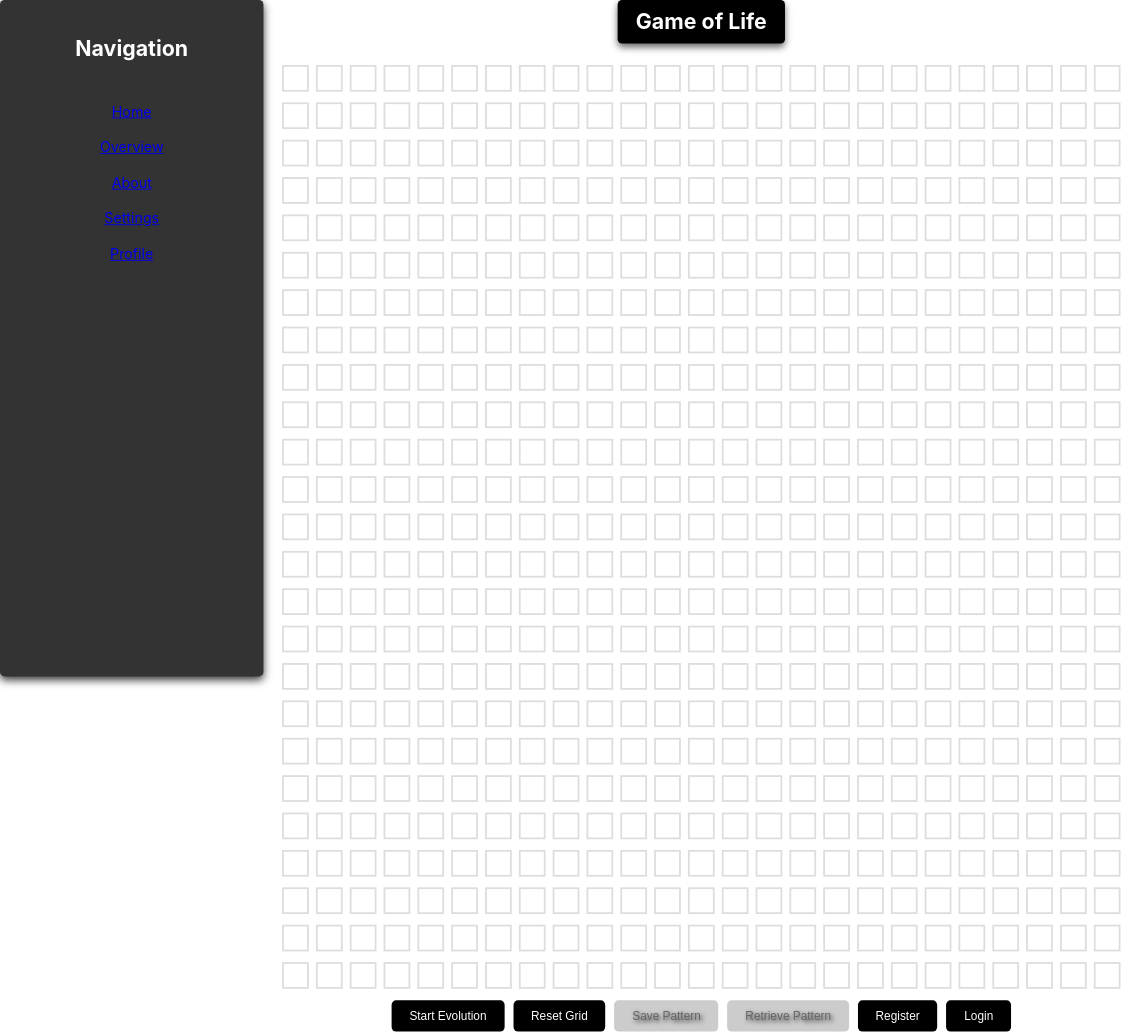
Repository: MarioDiekmann/GameOfLife
Page: /
The author's editor kept a copy of each file at every save. The page is drawn from the files as they stood at one save, then again after the next save.
The browser window is 1280 px wide. The pictures show the whole page, at 89% of full size.
The project was rebuilt for these pictures with package versions that can differ from the ones it lists, and the page was loaded fresh each time. Also part of the build but not shown: src/components/InputForm.js, src/components/LoadPatternForm.js, src/components/RegistrationForm.js, src/components/LoginForm.js, src/pages/Overview.js.

Above is the page before, as saved 2024-11-05 16:06:55.

### src/App.js
import React from 'react';
import { BrowserRouter as Router, Route, Routes } from 'react-router-dom';
import Game from './components/Game';
import Overview from './pages/Overview';
import './App.css';
import {AuthProvider} from './AuthContext';


function App() {
  return (
    <AuthProvider>
    <Router>
      <div className="App">
        <Routes>
          <Route path="/" element={<Game/>} />
          <Route path="/Overview" element={<Overview/>} />
        </Routes>
      </div>
    </Router>
    </AuthProvider>
  );
}

export default App;

### src/components/Game.js
import React, { useState, useEffect, useCallback, useRef, useContext } from "react";
import Cell from "./Cell";
import axios from "axios";
import InputForm from "./InputForm";
import './Game.css';
import NavBar from "./NavBar";
import LoadPatternForm from "./LoadPatternForm";
import RegistrationForm from "./RegistrationForm";
import LoginForm from "./LoginForm";
import { AuthContext } from '../AuthContext';

const Game = () => {
    const startingsize = 25;
    const [size, setSize] = useState(startingsize);
    const [epochs, setEpochs] = useState(0);
    const [isEvolving, setIsEvolving] = useState(false);
    const [initialPattern, setInitialPattern] = useState([]);
    const [numResizes, setNumResizes] = useState(0);

    const [isFormVisible, setIsFormVisible] = useState(false); // State to control form visibility
    const [patternRequested, setPatternRequested] = useState(false);
    const [registrationRequested, setRegistrationRequested] = useState(false);
    const [loginRequested, setLoginRequested] = useState(false);
    const initGrid = () => Array.from({ length: size }, () => Array(size).fill(false));
    const [grid, setGrid] = useState(initGrid());
    const [tokenPresent, setTokenPresent] = useState(false);

    const previousGridRef = useRef(grid); // Reference to hold the previous grid

    const { isTokenExpired, handleLogout, token } = useContext(AuthContext);

    useEffect(() => {
        if (isTokenExpired || !token) {
            setTokenPresent(false);
            if (isTokenExpired) {
                alert("Your session has expired. Please log in again.");
                handleLogout();
            }
        } else {
            setTokenPresent(true);
        }
    }, [isTokenExpired, token, handleLogout]);

    const toggleCellState = (row, col) => {
        setGrid(prevGrid => {
            const newGrid = prevGrid.map((r, i) =>
                r.map((cell, j) => (i === row && j === col ? !cell : cell))
            );
            return newGrid;
        });
    };

    const resetGrid = () => {
        setIsEvolving(false);
        setEpochs(0);
        setSize(prevSize => {
            const newGrid = Array.from({ length: startingsize }, () => Array(startingsize).fill(false));
            setGrid(newGrid);
            setInitialPattern(newGrid);
            return startingsize;
        });
    };

    const renderGrid = () => {
        return grid.map((row, rowIndex) => (
            <div key={rowIndex} className="row">
                {row.map((cell, colIndex) => (
                    <Cell
                        key={`${rowIndex}-${colIndex}`}
                        isAlive={cell}
                        onClick={() => toggleCellState(rowIndex, colIndex)}
                        numResizes = {numResizes}
                    />
                ))}
            </div>
        ));
    };

    const countNeighboursAlive = useCallback((row, col) => {
        let count = 0;
        for (let i = row - 1; i <= row + 1; i++) {
            for (let j = col - 1; j <= col + 1; j++) {
                if ((i >= 0 && i < size) && (j >= 0 && j < size) && !(i === row && j === col)) {
                    count += grid[i][j] ? 1 : 0;
                }
            }
        }
        return count;
    }, [grid, size]);

    const updateGrid = useCallback(() => {
        let newGrid = grid.map((row, rowIndex) =>
            row.map((cell, colIndex) => {
                const gridCount = countNeighboursAlive(rowIndex, colIndex);
                return cell ? gridCount === 2 || gridCount === 3 : gridCount === 3;
            })
        );
        setGrid(newGrid);
        return newGrid;
    }, [countNeighboursAlive, grid]);

    const saveInitialPattern = () => {                                          //CAN I MAKE IT SAVE WITHOUT STARTING EVOLUTION
        const deepCopy = grid.map(row => row.slice());
        setInitialPattern(deepCopy); // Save current grid as the initial pattern
    };

    const checkEdges = useCallback(() => {
        const indicesAlive = [];
        // Check upper, right, lower, and left edges
        for (let col = 0; col < size - 2; col++) {
            if (grid[0][col] && grid[0][col + 1] && grid[0][col + 2]) {
                indicesAlive.push([0, col + 1]);
                indicesAlive.push([-1, col + 1]);
            }
        }
        for (let row = 0; row < size - 2; row++) {
            if (grid[row][size - 1] && grid[row + 1][size - 1] && grid[row + 2][size - 1]) {
                indicesAlive.push([row + 1, size - 1]);
                indicesAlive.push([row + 1, size]);
            }
        }
        for (let col = size - 1; col > 1; col--) {
            if (grid[size - 1][col] && grid[size - 1][col - 1] && grid[size - 1][col - 2]) {
                indicesAlive.push([size - 1, col - 1]);
                indicesAlive.push([size, col - 1]);
            }
        }
        for (let row = size - 1; row > 1; row--) {
            if (grid[row][0] && grid[row - 1][0] && grid[row - 2][0]) {
                indicesAlive.push([row - 1, 0]);
                indicesAlive.push([row - 1, -1]);
            }
        }
        return indicesAlive;
    }, [grid, size]);

    const expandGrid = useCallback((indicesAlive) => {
        setGrid(prevGrid => {
            const newSize = 2 * size; // Double the size
            setNumResizes(prev => prev + 1);
            const newGrid = Array.from({ length: newSize }, () => Array(newSize).fill(false));

            // Calculate the offset to center the old grid in the new one
            const rowOffset = Math.floor((newSize - size) / 2);
            const colOffset = Math.floor((newSize - size) / 2);

            // Copy the existing grid to the center of the new grid
            for (let row = 0; row < size; row++) {
                for (let col = 0; col < size; col++) {
                    if (prevGrid[row][col]) {
                        newGrid[row + rowOffset][col + colOffset] = true; // Copy with offsets
                    }
                }
            }

            // Handle indicesAlive and place the alive cells correctly
            for (const [row, col] of indicesAlive) {
                let newRow = row;
                let newCol = col;

                // Adjust row and col if they are outside the original grid
                if (row === -1) newRow = rowOffset - 1;
                if (col === -1) newCol = colOffset - 1;

                newRow += rowOffset;
                newCol += colOffset;

                // Make sure the calculated newRow and newCol are within bounds
                if (newRow >= 0 && newRow < newSize && newCol >= 0 && newCol < newSize) {
                    newGrid[newRow][newCol] = true;  // Mark the cell as alive in the new grid
                }
            }

            setSize(newSize);  // Update size to the new expanded size
            return newGrid;
        });
    }, [size]);

    const runEpoch = useCallback(() => {
        const prevGrid = previousGridRef.current;
        const newGrid = updateGrid();

        const gridsAreEqual = prevGrid.every((row, i) =>
            row.every((cell, j) => cell === newGrid[i][j])
        );

        if (gridsAreEqual) {
            setIsEvolving(false);
            alert("You reached a stillstand");
            return true;
        }

        const indicesAlive = checkEdges(); // Check if we need to expand the grid
        if (indicesAlive.length !== 0) {
            expandGrid(indicesAlive);
        }

        setEpochs(prevEpochs => prevEpochs + 1);
        previousGridRef.current = newGrid;
        return false;
    }, [checkEdges, expandGrid, updateGrid]);

    useEffect(() => {
        if (!isEvolving) return;

        const maxEpochs = 1000;
        let updatedEpochs = 0;

        const interval = setInterval(() => {
            if (updatedEpochs < maxEpochs) {
                const stillstand = runEpoch();
                if (stillstand) {
                    clearInterval(interval);
                }
                updatedEpochs++;
            } else {
                setIsEvolving(false);
                clearInterval(interval);
            }
        }, 2000);

        return () => clearInterval(interval);
    }, [isEvolving, runEpoch]);

    const startEvolution = () => {
        previousGridRef.current = grid;
        saveInitialPattern();
        setIsEvolving(!isEvolving);

    };

    const stopEvolution = () => {
        previousGridRef.current = grid;
        setIsEvolving(!isEvolving);
    };

    const retrievePattern = (pattern)=>{
        initGrid();
        setGrid(pattern);
        setInitialPattern(pattern);
        setEpochs(0);
        setIsEvolving(false);
        setPatternRequested(false);
    }

    const closeForm = () => {
        setIsFormVisible(false); // Close the save pattern form
        setPatternRequested(false); // Close the retrieve pattern form
        setRegistrationRequested(false); // Close the registration form
        setLoginRequested(false); // Close the login form
    };

    const closeLogin = () => {
        setLoginRequested(false); // Close the login form
        window.location.reload();
    };

    const makeFormVisible = () => {
        saveInitialPattern();                                       //now does it work wiout start evolution???
        setIsFormVisible(true); // Show the form to save pattern
    };

    const makeRequestVisible = () => {
        setPatternRequested(true); // Show the form to retrieve pattern
    };

    const makeRegistrationVisible = () => {
        setRegistrationRequested(true); // Show the form to register
    };

    const makeLoginVisible = () => {
        if(token){
            handleLogout();
        }
        else{
        setLoginRequested(true)}; // Show the form to log in

    };

    return (
        <div style={{ display: 'flex', height: '100vh' }}>
            <NavBar />
            <div style={{ flexGrow: 1, display: 'flex', flexDirection: 'column', alignItems: 'center' }}>
                <div className="banner">
                    <h1>Game of Life</h1>
                </div>
                <br />
                {renderGrid()}
                <div className="button-container">
    <button className="button" onClick={isEvolving ? stopEvolution : startEvolution}>
        {isEvolving ? "Stop Evolution" : "Start Evolution"}
    </button>
    <button className="button reset-btn" onClick={resetGrid}>Reset Grid</button>
    {/*<div>EPOCHS: {epochs}</div>*/}
    <button className="button" onClick={makeFormVisible} disabled={!tokenPresent}>Save Pattern</button>
    <button className="button" onClick={makeRequestVisible} disabled={!tokenPresent}> Retrieve Pattern</button>
    <button className="button" onClick={makeRegistrationVisible}>Register</button>
    <button className="button" onClick={makeLoginVisible}>{token ? "Logout" : "Login"}</button>
</div>


                {/* Show the form conditionally */}
                {isFormVisible && (
                    <div className="popup-overlay">
                        <div className="popup-content">
                            <InputForm pattern={initialPattern} onSubmit={closeForm} />
                        </div>
                    </div>
                )}
                {patternRequested && (
                    <div className="popup-overlay">
                        <div className="popup-content">
                            <LoadPatternForm onSubmit={closeForm} dataHandling={retrievePattern}  />
                        </div>
                    </div>
                )}
                {registrationRequested && (
                    <div className="popup-overlay">
                        <div className="popup-content">
                            <RegistrationForm onSubmit={closeForm} />
                        </div>
                    </div>
                )}
                {loginRequested && (
                    <div className="popup-overlay">
                        <div className="popup-content">
                            <LoginForm onSubmit={closeLogin} />
                        </div>
                    </div>
                )}
            </div>
        </div>
    );
};

export default Game;

### src/AuthContext.js
import React, { createContext, useState, useEffect, useRef, useCallback } from 'react';

export const AuthContext = createContext();

export const AuthProvider = ({ children }) => {
    const [token, setToken] = useState(localStorage.getItem('authToken'));
    const tokenRef = useRef(token);
    const expirationCheckInterval = useRef(null);

    const isTokenExpired = (token) => {
        if (!token) return true;
        try {
            const { exp } = JSON.parse(atob(token.split('.')[1]));
            return Date.now() >= exp * 1000;
        } catch (error) {
            console.error('Error checking token expiration:', error);
            return true;
        }
    };

    const handleLogout = useCallback(() => {
        console.log('Logging out, clearing token');
        localStorage.removeItem('authToken');
        setToken(null);
        tokenRef.current = null;
        clearInterval(expirationCheckInterval.current);
    }, []);

    const handleExpirationAlert = useCallback(() => {
        console.log('Session expired, alerting user');
        alert('Your session has expired. Please log in again.');
        handleLogout();
    }, [handleLogout]);

    const handleLogin = (newToken) => {
        console.log('Logging in with new token:', newToken);
        localStorage.setItem('authToken', newToken);
        setToken(newToken);
        tokenRef.current = newToken;

        // Check for expiration immediately
        if (isTokenExpired(newToken)) {
            handleExpirationAlert();
        } else {
            startExpirationCheck();
        }
    };

    const startExpirationCheck = useCallback(() => {
        console.log('Starting expiration check interval');
        clearInterval(expirationCheckInterval.current);
        expirationCheckInterval.current = setInterval(() => {
            console.log('Interval tick, checking token expiration');
            if (isTokenExpired(tokenRef.current)) {
                handleExpirationAlert();
            }
        }, 1000);
    }, [handleExpirationAlert]);

    useEffect(() => {
        console.log('useEffect triggered: token is', token);
        tokenRef.current = token;

        if (token) {
            console.log('Token is set, starting expiration check');
            startExpirationCheck();
        } else {
            console.log('No token, clearing interval');
            clearInterval(expirationCheckInterval.current);
        }

        return () => {
            console.log('Clearing interval on unmount or dependency change');
            clearInterval(expirationCheckInterval.current);
        };
    }, [token, startExpirationCheck]);

    return (
        <AuthContext.Provider value={{ token, handleLogin, handleLogout }}>
            {children}
        </AuthContext.Provider>
    );
};

### src/components/Cell.js
import React from 'react';
import './Cell.css';

const Cell = ({ isAlive, onClick, numResizes }) => {
  // Base sizes for cell dimensions and margin
  const baseSize = 30; // Base cell size when numResizes = 1
  const baseMargin = 4; // Base margin when numResizes = 1

  // Calculate cell size and margin based on numResizes
  const cellSize = baseSize / Math.pow(2, numResizes );
  const marginSize = baseMargin / Math.pow(2, numResizes);

  return (
    <div
      className={`cell ${isAlive ? 'alive' : 'dead'}`}
      onClick={onClick}
      style={{
        width: `${cellSize}px`,
        height: `${cellSize}px`,
        margin: `${marginSize}px`,
      }}
    ></div>
  );
};

export default Cell;

### src/components/Game.css
.popup-overlay {
    position: fixed;
    top: 0;
    left: 0;
    width: 100%;
    height: 100%;
    background: rgba(0, 0, 0, 0.5); /* Semi-transparent background */
    display: flex;
    justify-content: center;
    align-items: center;
    z-index: 1000; /* Ensure it's above other content */
}

.popup-content {
    background: white;
    padding: 20px;
    border-radius: 8px;
    box-shadow: 0 4px 8px rgba(0, 0, 0, 0.1);
    width: 300px;
    z-index: 1001; /* Above the backdrop */
}

body.modal-open {
    overflow: hidden; /* Prevent scrolling when modal is open */
}

.banner {
    background-color: black;
    padding: 10px 20px; /* Adjusted padding for a tighter fit */
    display: inline-block; /* Makes the banner fit the text */
    text-align: center;
    box-shadow: 0 4px 8px rgba(0, 0, 0, 0.6);
    border-radius: 5px; /* Optional: Adds rounded corners */
}

.banner h1 {
    color: white;
    font-size: 2.5em; /* Slightly reduced font size for better fit */
    text-shadow: 2px 2px 5px rgba(0, 0, 0, 0.8);
    margin: 0; /* Removes default margin */
}



.button {
    background-color: black; /* Same as the banner background */
    color: white; /* White text for contrast */
    padding: 10px 20px; /* Padding for a better touch target */
    border: none; /* Remove default border */
    border-radius: 5px; /* Rounded corners */
    cursor: pointer; /* Pointer cursor on hover */
    margin: 5px; /* Space between buttons */
    text-shadow: 2px 2px 5px rgba(0, 0, 0, 0.8); /* Similar text shadow as the banner */
}

.button:hover {
    background-color: #333; /* Slightly lighter on hover */
}

.button:disabled {
    background-color: #ccc; /* Grey background for disabled state */
    color: #666; /* Lighter text color */
    cursor: not-allowed; /* Change cursor to indicate it's disabled */
    pointer-events: none; /* Prevent click events */
}

.button-container {
    position: relative;
    display: inline-block;
}

.tooltip-text {
    visibility: hidden;
    position: absolute;
    bottom: 125%; /* Position above the button */
    left: 50%;
    transform: translateX(-50%);
    background-color: #333;
    color: #fff;
    padding: 5px 10px;
    border-radius: 5px;
    font-size: 0.9em;
    white-space: nowrap;
    z-index: 10;
    opacity: 0;
    transition: opacity 0.3s ease;
}

.button-container:hover .tooltip-text {
    visibility: visible;
    opacity: 1;
}

### src/components/NavBar.js
import React from 'react';
import { Link } from 'react-router-dom';
import './NavBar.css';

const NavBar = () => {
    const navItems = [
        { name: "Home", path: "/" },
        { name: "Overview", path: "/Overview" },
        { name: "About", path: "/about" },
        { name: "Settings", path: "/settings" },
        { name: "Profile", path: "/profile" },
    ];

    return (
        <div className="navbar">
            <h2>Navigation</h2>
            <ul>
                {navItems.map((item, index) => (
                    <li key={index}>
                        <Link to={item.path}>{item.name}</Link>
                    </li>
                ))}
            </ul>
        </div>
    );
};

export default NavBar;

### src/pages/Overview.css
/* Overview.css */
.overview-container {
    display: flex;
    height: 100vh;
}

.navbar {
    width: 20%;
    background-color: #333;
    color: #fff;
    display: flex;
    flex-direction: column;
    align-items: center;
    padding-top: 20px;
    min-height: 100%;
}

.content {
    flex: 1;
    display: flex;
    flex-direction: column;
    align-items: center;
    padding: 20px;
}

.banner h1 {
    color: white;
    font-size: 1.5em;
    text-shadow: 1px 1px 2px rgba(0, 0, 0, 0.5);
    margin: 0;
}

.text-content {
    margin-top: 20px;
    color: #333;
    text-align: center;
    font-size: 1.2em;
}

### src/components/Cell.css
.cell {
  display: inline-block;
  border: 2px solid #ddd;
  box-sizing: border-box;
  transition: background-color 0.3s;
}

.cell.alive {
  background-color: black;
}

.cell.dead {
  background-color: white;
}

### src/components/NavBar.css
.navbar {
    background-color: black;            /* Black background */
    color: white;                       /* White text color */
    padding: 20px;                      /* Padding around the content */
    width: 200px;                       /* Set width for the navbar */
    box-shadow: 0 4px 10px rgba(0, 0, 0, 0.8); /* Add shadow */
    border-radius: 5px;                /* Rounded corners */
    height: 100%;                       /* Full height */
}

.navbar h2 {
    text-align: center;                 /* Center header text */
    margin-bottom: 20px;                /* Space below the header */
}

/* Other styles remain unchanged */


.navbar ul {
    list-style-type: none;              /* Remove default list styles */
    padding: 0;                         /* Remove padding */
}

.navbar li {
    padding: 10px;                      /* Padding for each item */
    cursor: pointer;                    /* Pointer cursor on hover */
    text-align: center;                 /* Center text */
    transition: background-color 0.3s;  /* Smooth background change */
}

.navbar li:hover {
    background-color: #444;             /* Change background on hover */
}

Loaded but not shown: public/index.html (common file); src/index.js (common file); src/index.css (common file); src/reportWebVitals.js (common file); src/App.css (common file)

After the next save:
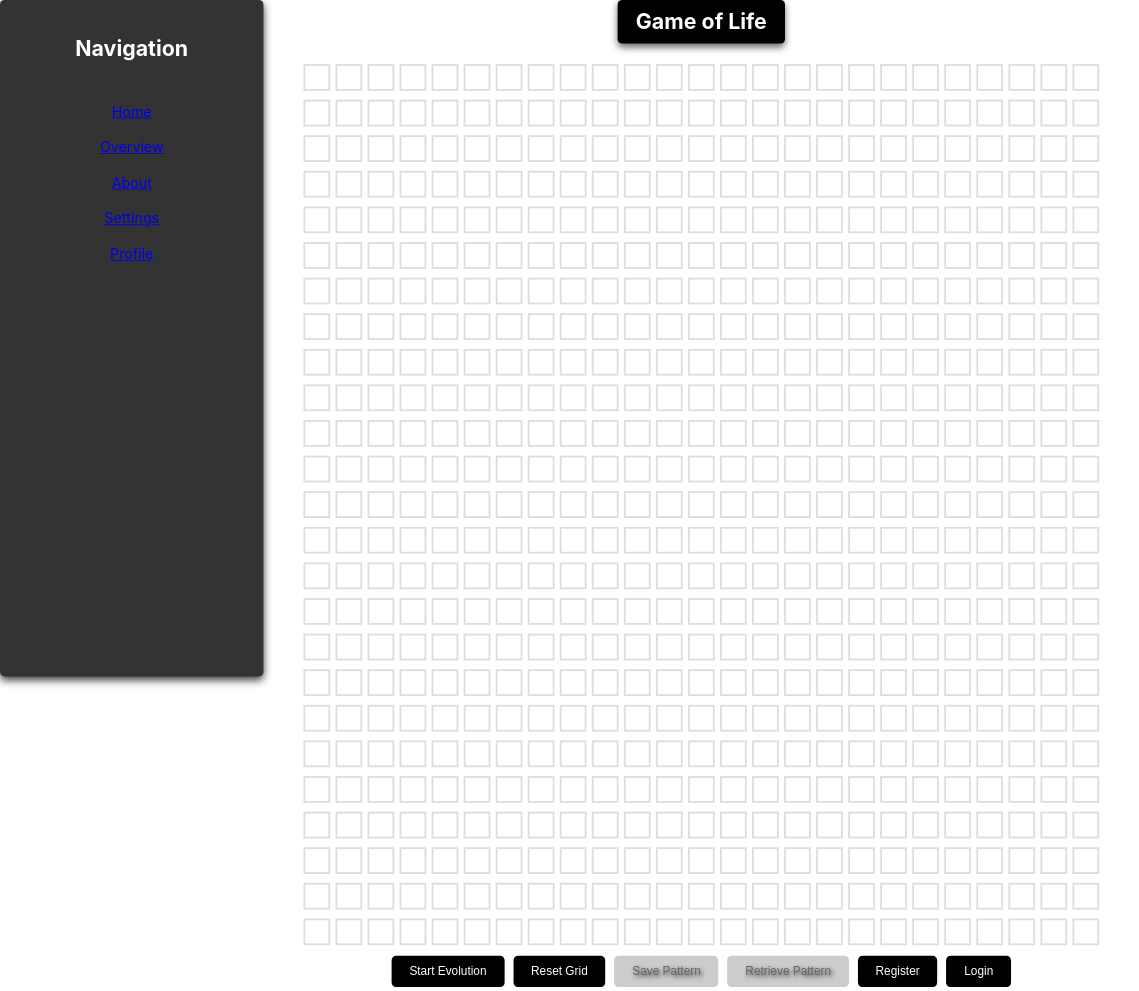
Saved 26 s later.
--- a/src/components/Cell.js
+++ b/src/components/Cell.js
@@ -4,7 +4,7 @@ import './Cell.css';
 const Cell = ({ isAlive, onClick, numResizes }) => {
   // Base sizes for cell dimensions and margin
   const baseSize = 30; // Base cell size when numResizes = 1
-  const baseMargin = 4; // Base margin when numResizes = 1
+  const baseMargin = 3; // Base margin when numResizes = 1
 
   // Calculate cell size and margin based on numResizes
   const cellSize = baseSize / Math.pow(2, numResizes );
